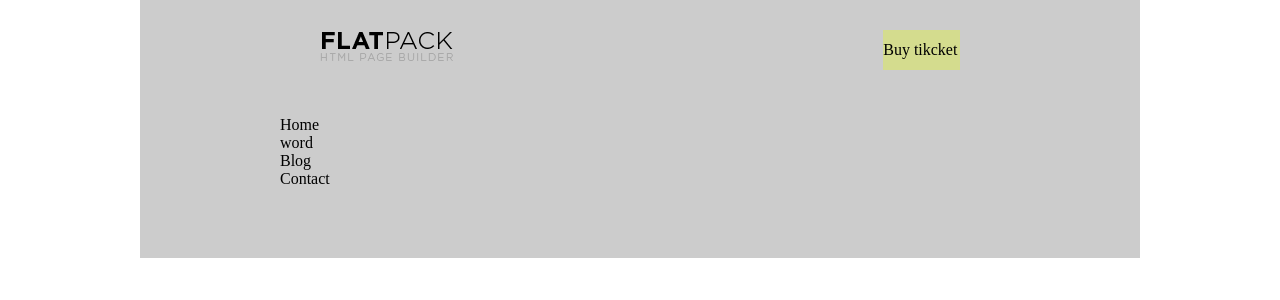
Repository: duyancol/project-ltw-nhom13
Page: page b/index.html
These files come from the project's save history. The page is drawn as it stood at one moment and after the next save; the edit follows.
The browser window is 1280 px wide. The pictures show the whole page.
Some web fonts or font styles are not loaded; a fallback is used.

Above is the page before, as saved 2021-10-18 08:45:09.

After the next save:
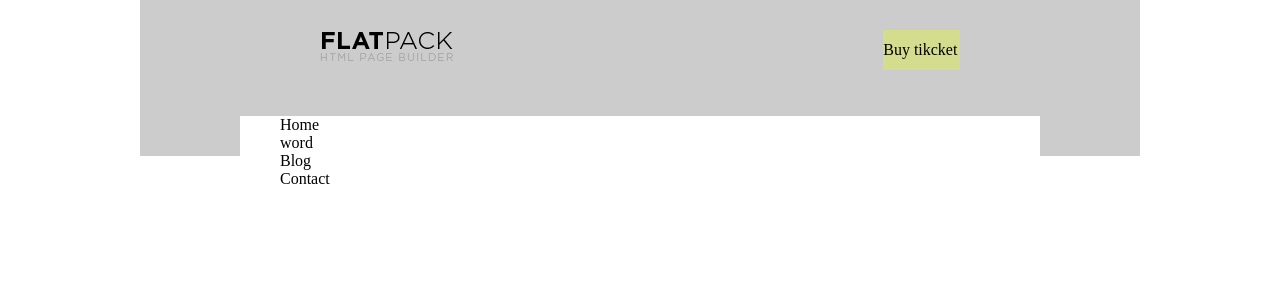
Saved 47 s later.
--- a/page b/style.css
+++ b/page b/style.css
@@ -47,3 +47,7 @@
   .buttonimage .buyticket{
 
   }
+  .navigation{
+    height: 40px;
+    background-color: white;
+  }
